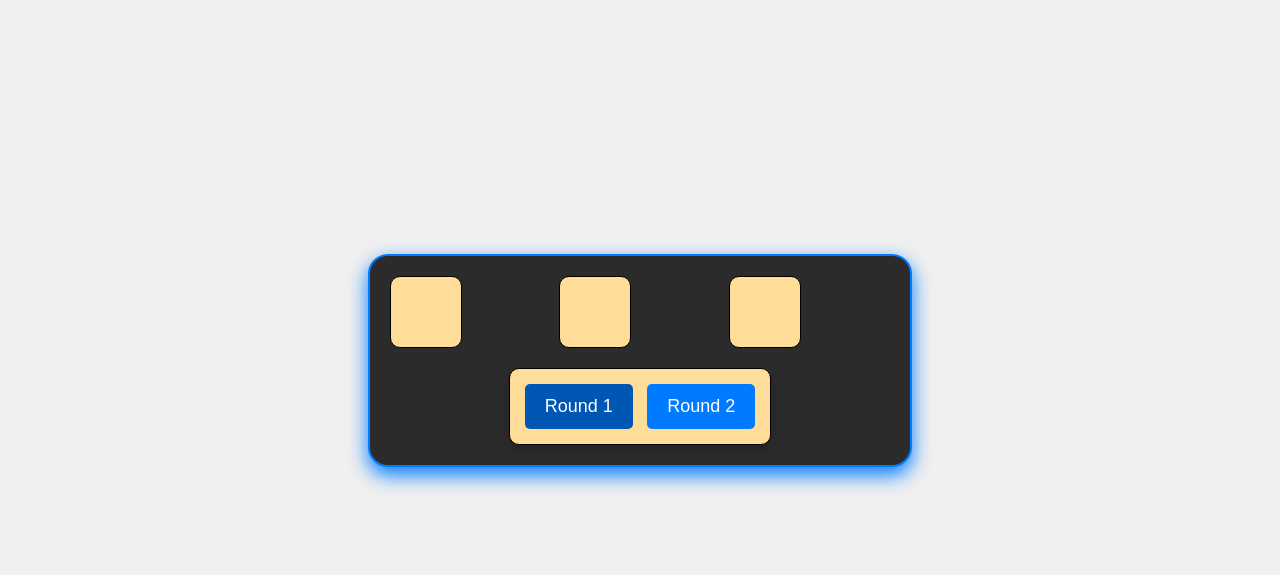
Repository: radisyah/THE_BRAIN_STORM
Page: Broken Link.html
These files come from the project's save history. The page is drawn as it stood at one moment and after the next save; the edit follows.
The browser window is 1280 px wide. The pictures show the whole page.

Above is the page before, as saved 2024-11-11 11:18:01.

After the next save:
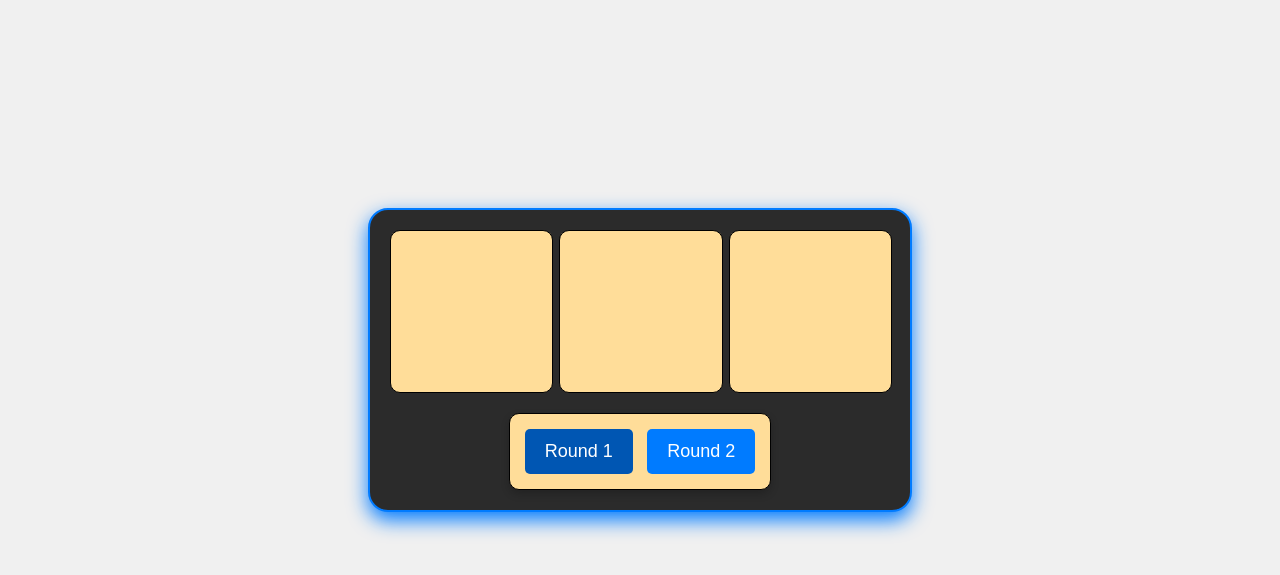
Saved 13 s later.
--- a/Broken Link.html
+++ b/Broken Link.html
@@ -44,20 +44,21 @@
         }
 
         .grid-item {
-            width: 70px;
-            height: 70px;
-            display: flex;
-            align-items: center;
-            justify-content: center;
-            font-size: 24px;
-            background-color: #ffdd99;
-            border: 1px solid #000;
-            color: #000;
-            cursor: pointer;
-            position: relative;
-            border-radius: 10px;
-            transition: transform 0.3s ease-in-out;
-        }
+    width: 100%;
+    padding-top: 100%; /* Aspect ratio trick to make it square */
+    position: relative;
+    font-size: 1.2rem; /* Responsive font size */
+    background-color: #ffdd99;
+    border: 1px solid #000;
+    color: #000;
+    cursor: pointer;
+    border-radius: 10px;
+    display: flex;
+    align-items: center;
+    justify-content: center;
+    transition: transform 0.3s ease-in-out;
+}
+
 
         .grid-item:hover {
             transform: scale(1.10);
